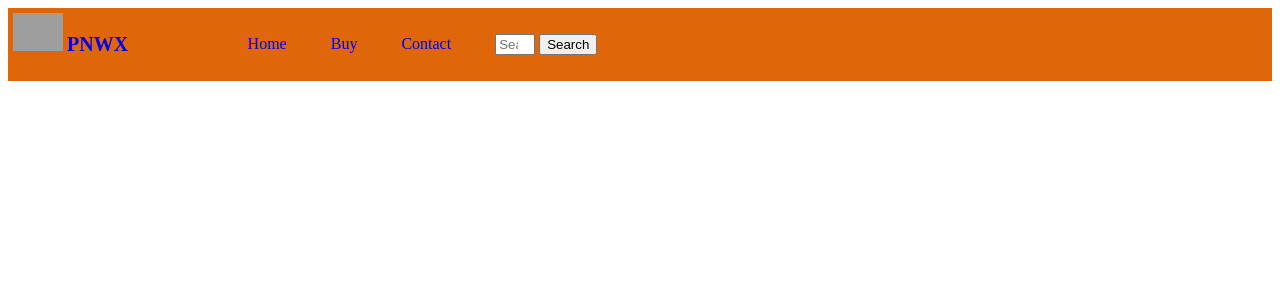
Repository: meiming24/meiming24.github.io
Page: index.html
The author's editor kept a copy of each file at every save. The page is drawn from the files as they stood at one save, then again after the next save.
The browser window is 1280 px wide. The pictures show the whole page.
Pictures or frames that could not be fetched are drawn as grey boxes.

Above is the page before, as saved 2022-05-09 19:21:58.

After the next save:
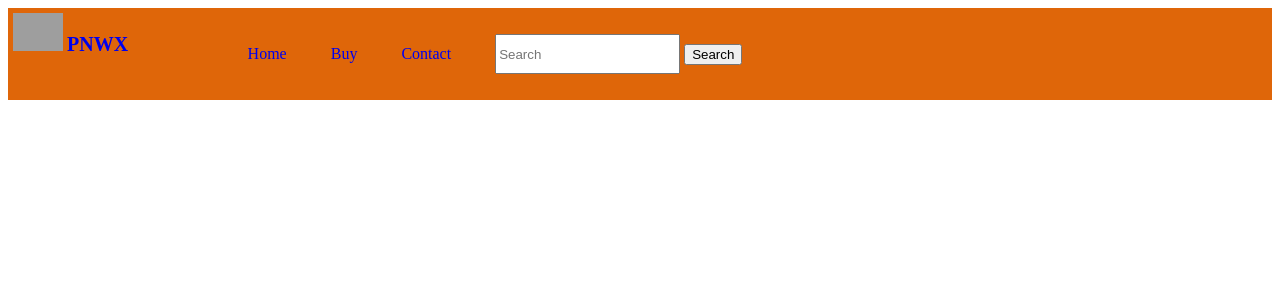
Saved 4 s later.
--- a/index.css
+++ b/index.css
@@ -58,5 +58,5 @@
 }
 
 .nav-bar > nav ul li form input {
-    width: 40px;
+    height: 40px;
 }
